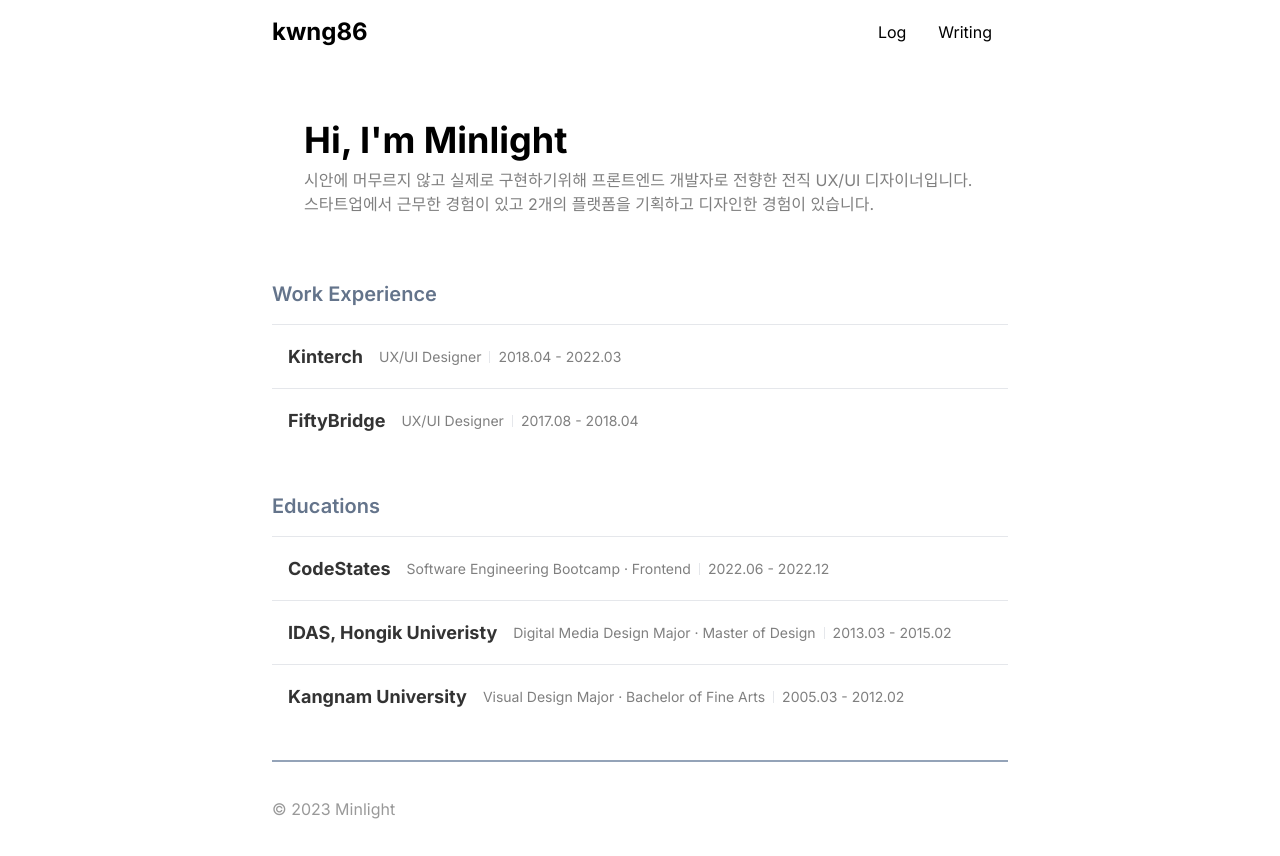
Repository: kwngmin/minlight-log
Page: /
These files come from the project's save history. The page is drawn as it stood at one moment and after the next save; the edit follows.
The browser window is 1280 px wide. The pictures show the whole page.
The project was rebuilt for these pictures with package versions that can differ from the ones it lists, and the page was loaded fresh each time. The framework's server and built-in components were replaced by stand-ins that run in the browser. Also part of the build but not shown: next.config.js.

Above is the page before, as saved 2023-04-12 16:53:54.

### src/app/layout.tsx
import "./globals.css";
import Footer from "@/components/Footer";
import Header from "@/components/Header";

import { Inter } from "next/font/google";
const inter = Inter({ subsets: ["latin"] });

export const metadata = {
  title: {
    default: "Minlight",
    template: "Minlight | %s",
  },
  description: "Minlight log",
};

export default function RootLayout({
  children,
}: {
  children: React.ReactNode;
}) {
  return (
    <html lang="en" className={inter.className}>
      <body className="flex flex-col max-w-screen-md mx-auto px-4">
        <Header />
        <main className="">{children}</main>
        <Footer />
      </body>
    </html>
  );
}

### src/app/page.tsx
import TableGroup from "@/components/TableGroup";
import Title from "@/components/Title";

const titleData = {
  title: `Hi, I'm Minlight`,
  description: `시안에 머무르지 않고 실제로 구현하기위해 프론트엔드 개발자로 전향한 전직 UX/UI 디자이너입니다. 스타트업에서 근무한
경험이 있고 2개의 플랫폼을 기획하고 디자인한 경험이 있습니다.`,
};

export default function Home() {
  return (
    <section>
      <Title titleData={titleData} />
      <TableGroup />
    </section>
  );
}

### src/app/globals.css
@tailwind base;
@tailwind components;
@tailwind utilities;

* {
  box-sizing: border-box;
  padding: 0;
  margin: 0;
}
/*
:root {
  --max-width: 1100px;
  --border-radius: 12px;
  --font-mono: ui-monospace, Menlo, Monaco, "Cascadia Mono", "Segoe UI Mono",
    "Roboto Mono", "Oxygen Mono", "Ubuntu Monospace", "Source Code Pro",
    "Fira Mono", "Droid Sans Mono", "Courier New", monospace;

  --foreground-rgb: 0, 0, 0;
  --background-start-rgb: 214, 219, 220;
  --background-end-rgb: 255, 255, 255;

  --primary-glow: conic-gradient(
    from 180deg at 50% 50%,
    #16abff33 0deg,
    #0885ff33 55deg,
    #54d6ff33 120deg,
    #0071ff33 160deg,
    transparent 360deg
  );
  --secondary-glow: radial-gradient(
    rgba(255, 255, 255, 1),
    rgba(255, 255, 255, 0)
  );

  --tile-start-rgb: 239, 245, 249;
  --tile-end-rgb: 228, 232, 233;
  --tile-border: conic-gradient(
    #00000080,
    #00000040,
    #00000030,
    #00000020,
    #00000010,
    #00000010,
    #00000080
  );

  --callout-rgb: 238, 240, 241;
  --callout-border-rgb: 172, 175, 176;
  --card-rgb: 180, 185, 188;
  --card-border-rgb: 131, 134, 135;
}

@media (prefers-color-scheme: dark) {
  :root {
    --foreground-rgb: 255, 255, 255;
    --background-start-rgb: 0, 0, 0;
    --background-end-rgb: 0, 0, 0;

    --primary-glow: radial-gradient(rgba(1, 65, 255, 0.4), rgba(1, 65, 255, 0));
    --secondary-glow: linear-gradient(
      to bottom right,
      rgba(1, 65, 255, 0),
      rgba(1, 65, 255, 0),
      rgba(1, 65, 255, 0.3)
    );

    --tile-start-rgb: 2, 13, 46;
    --tile-end-rgb: 2, 5, 19;
    --tile-border: conic-gradient(
      #ffffff80,
      #ffffff40,
      #ffffff30,
      #ffffff20,
      #ffffff10,
      #ffffff10,
      #ffffff80
    );

    --callout-rgb: 20, 20, 20;
    --callout-border-rgb: 108, 108, 108;
    --card-rgb: 100, 100, 100;
    --card-border-rgb: 200, 200, 200;
  }
}

* {
  box-sizing: border-box;
  padding: 0;
  margin: 0;
}

html,
body {
  max-width: 100vw;
  overflow-x: hidden;
}

body {
  color: rgb(var(--foreground-rgb));
  background: linear-gradient(
      to bottom,
      transparent,
      rgb(var(--background-end-rgb))
    )
    rgb(var(--background-start-rgb));
}

a {
  color: inherit;
  text-decoration: none;
}

@media (prefers-color-scheme: dark) {
  html {
    color-scheme: dark;
  }
} */

### src/components/Footer.tsx
export default function Footer() {
  return (
    <section className="h-24 flex items-center border-t-2 mt-8 border-slate-400">
      <span className="text-black/40">© 2023 Minlight</span>
    </section>
  );
}

### src/components/Header.tsx
import Link from "next/link";

const navList = [
  { name: "Log", url: "/log" },
  { name: "Writing", url: "/log" },
];

export default function Header() {
  return (
    <section className="h-16 flex items-center justify-between">
      <Link href="/" className="text-2xl font-bold">
        kwng86
      </Link>
      <nav className="">
        {navList.map(({ name, url }) => (
          <Link href={url} key={name} className="px-4">
            {name}
          </Link>
        ))}
      </nav>
    </section>
  );
}

### src/components/TableGroup.tsx
import Table from "@/components/Table";

const careerData = [
  {
    head: "Kinterch",
    content: "UX/UI Designer",
    period: "2018.04 - 2022.03",
  },
  {
    head: "FiftyBridge",
    content: "UX/UI Designer",
    period: "2017.08 - 2018.04",
  },
];

const educateData = [
  {
    head: "CodeStates",
    content: "Software Engineering Bootcamp · Frontend",
    period: "2022.06 - 2022.12",
  },
  {
    head: "IDAS, Hongik Univeristy",
    content: "Digital Media Design Major · Master of Design",
    period: "2013.03 - 2015.02",
  },
  {
    head: "Kangnam University",
    content: "Visual Design Major · Bachelor of Fine Arts",
    period: "2005.03 - 2012.02",
  },
];

export default function TableGroup() {
  return (
    <section className="flex flex-col gap-10">
      <Table tableData={careerData} subject="Work Experience" />
      <Table tableData={educateData} subject="Educations" />
    </section>
  );
}

### src/components/Title.tsx
type TitleData = {
  title: string;
  description: string;
};
export default function Title({ titleData }: { titleData: TitleData }) {
  const { title, description } = titleData;
  return (
    <div className="pt-14 pb-16 px-4 lg:px-8">
      <h1 className="text-3xl md:text-4xl font-bold mb-2">{title}</h1>
      <p className="text-black/50 break-keep">{description}</p>
    </div>
  );
}

### src/components/Table.tsx
import { HtmlProps } from "next/dist/shared/lib/html-context";

type Props = {
  tableData: {
    head: string;
    content: string;
    period: string;
  }[];
  subject: string;
};

export default function Table({ tableData, subject }: Props) {
  return (
    <div>
      <h2 className="text-left text-xl font-semibold text-slate-500 pb-4">
        {subject}
      </h2>
      <ul>
        {tableData.map(({ head, content, period }) => (
          <li
            key={head}
            className="flex flex-col lg:flex-row lg:items-center justify-center lg:justify-start pt-4 pb-5 lg:py-0 lg:h-16 border-t gap-0 lg:gap-4 pl-4 lg:px-4"
          >
            <h3 className="font-bold text-lg text-black/80">{head}</h3>
            <section className="text-black/50 lg:text-sm flex items-center flex-wrap">
              {content}
              <div className="inline-block border-l h-3 mx-2 " />
              {period}
            </section>
          </li>
        ))}
      </ul>
    </div>
  );
}

Loaded but not shown: tailwind.config.js (common file)

After the next save:
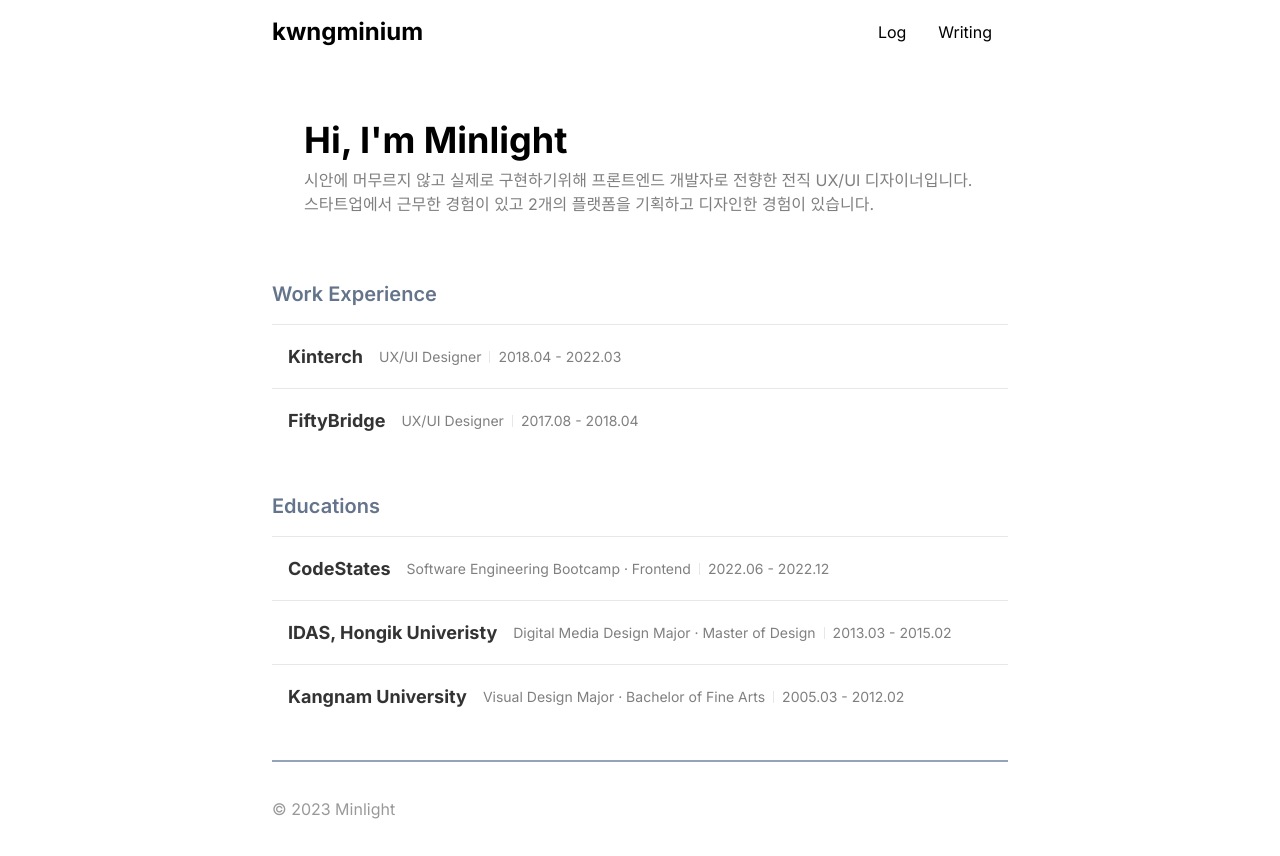
Saved 11 s later.
--- a/src/components/Header.tsx
+++ b/src/components/Header.tsx
@@ -9,7 +9,7 @@ export default function Header() {
   return (
     <section className="h-16 flex items-center justify-between">
       <Link href="/" className="text-2xl font-bold">
-        kwng86
+        kwngminium
       </Link>
       <nav className="">
         {navList.map(({ name, url }) => (
